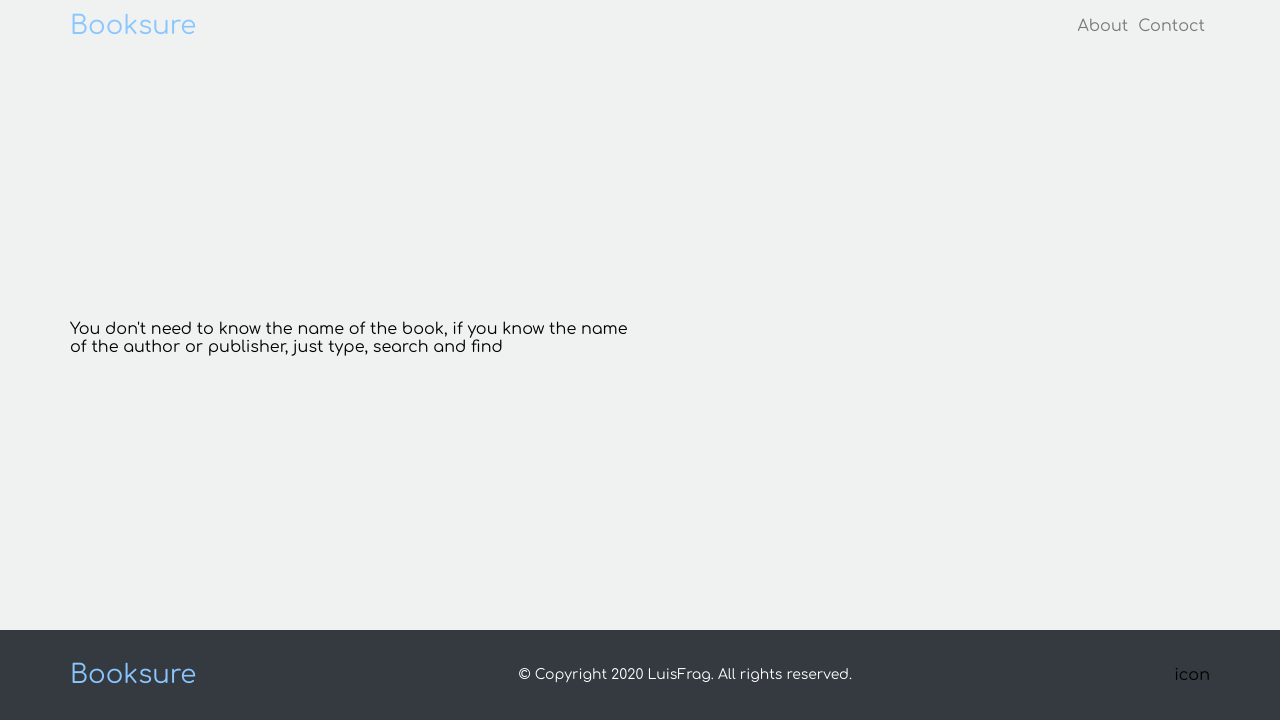
Repository: changesxxx/searchBooks
Page: /search
An editor plug-in stored every save of this project. The page is shown before and after a run of saves, followed by the edit.
The browser window is 1280 px wide. The pictures show the whole page.
The project was rebuilt for these pictures with package versions that can differ from the ones it lists, and the page was loaded fresh each time. Also part of the build but not shown: craco.config.js.

Above is the page before, as saved 2024-06-24 17:43:08.

### public/index.html
<!DOCTYPE html>
<html lang="en">

<head>
  <meta charset="utf-8" />
  <link rel="icon" href="%PUBLIC_URL%/favicon.ico" />
  <meta name="viewport" content="width=device-width, initial-scale=1" />
  <meta name="theme-color" content="#000000" />
  <meta name="description" content="Web site created using create-react-app" />
  <link rel="apple-touch-icon" href="%PUBLIC_URL%/logo192.png" />
  <!--
      manifest.json provides metadata used when your web app is installed on a
      user's mobile device or desktop. See https://developers.google.com/web/fundamentals/web-app-manifest/
    -->
  <link rel="manifest" href="%PUBLIC_URL%/manifest.json" />
  <!--
      Notice the use of %PUBLIC_URL% in the tags above.
      It will be replaced with the URL of the `public` folder during the build.
      Only files inside the `public` folder can be referenced from the HTML.

      Unlike "/favicon.ico" or "favicon.ico", "%PUBLIC_URL%/favicon.ico" will
      work correctly both with client-side routing and a non-root public URL.
      Learn how to configure a non-root public URL by running `npm run build`.
    -->
  <title>SearchBooks</title>
</head>

<body>
  <noscript>You need to enable JavaScript to run this app.</noscript>
  <div id="root"></div>
  <!--
      This HTML file is a template.
      If you open it directly in the browser, you will see an empty page.

      You can add webfonts, meta tags, or analytics to this file.
      The build step will place the bundled scripts into the <body> tag.

      To begin the development, run `npm start` or `yarn start`.
      To create a production bundle, use `npm run build` or `yarn build`.
    -->
</body>

</html>

### src/index.js
import React from 'react'

import ReactDOM from 'react-dom/client'

//router
import { BrowserRouter } from 'react-router-dom'

//css重置
import 'normalize.css'
import '@/assets/css/index.css'

import App from './App.jsx'

const root = ReactDOM.createRoot(document.getElementById('root'))

root.render(
  <BrowserRouter>
    <App />
  </BrowserRouter>,
)

### src/assets/css/index.css
@import './reset.css';
@import './common.css';

### src/App.jsx
import React, { memo, useEffect, useState, Suspense } from 'react'
import { useRoutes, useLocation } from 'react-router-dom'
import routes from '@/router'

import PageHeader from './components/pageHeader/PageHeader'
import PageFooter from './components/pageFooter/PageFooter'

const App = memo(() => {
  const [flag, setFlag] = useState(true)

  const location = useLocation()

  useEffect(() => {
    const isExistence = routes.some((route) => location.pathname === route.path)
    setFlag(isExistence)
  }, [location])

  return (
    <Suspense>
      <div
        style={{ display: 'flex', flexDirection: 'column', height: '100vh' }}
      >
        {flag && <PageHeader></PageHeader>}
        {useRoutes(routes)}
        {flag && <PageFooter></PageFooter>}
      </div>
    </Suspense>
  )
})

export default App

### src/assets/css/reset.css
/* 样式的重置 */
body,
html,
h1,
h2,
h3,
h4,
h5,
h6,
ul,
ol,
li,
dl,
dt,
dd,
header,
menu,
section,
p,
input,
td,
th,
ins {
  padding: 0;
  margin: 0;
}

ul,
ol,
li {
  list-style: none;
}

a {
  text-decoration: none;
  color: #666;
}

a:hover {
  color: #666;
  text-decoration: underline;
}

i,
em {
  font-style: normal;
}

input,
textarea,
button,
select,
a {
  outline: none;
  border: none;
}

table {
  border-collapse: collapse;
  border-spacing: 0;
}

img {
  border: none;
  vertical-align: middle;
}

### src/assets/css/common.css
body {
  background-color: #eff2f1;
  font-family: Comfortaa-Regular;
}

@font-face {
  font-family: Comfoorta-Bold;
  src: url('../font/Comfortaa-Bold.ttf');
}

@font-face {
  font-family: Comfortaa-Regular;
  src: url('../font/Comfortaa-Regular.ttf');
}

@font-face {
  font-family: Comfortaa-Light;
  src: url('../font/Comfortaa-Light.ttf');
}

.content_mid {
  width: 1140px;
  margin: 0 auto;
}

### src/router/index.js
import React from 'react'
import { Navigate } from 'react-router-dom'

//组件
const Home = React.lazy(() => import('@/view/home/Home'))
const Search = React.lazy(() => import('@/view/search/Search'))
const Error = React.lazy(() => import('@/view/error/Error'))

const routes = [
  {
    path: '/',
    element: <Navigate to="/home"></Navigate>,
  },
  {
    path: '/home',
    element: <Home />,
  },
  {
    path: '/search',
    element: <Search />,
  },
  {
    path: '*',
    element: <Error />,
  },
]

export default routes

### src/components/pageHeader/PageHeader.jsx
import React, { memo } from 'react'

import { useNavigate } from 'react-router-dom'

import HeaderWrapper from './style'

const PageHeader = memo(() => {
  const navigate = useNavigate()

  function goHome() {
    navigate('/home')
  }

  return (
    <HeaderWrapper className="content_mid">
      <div
        className="title"
        onClick={() => {
          goHome()
        }}
        style={{ cursor: 'pointer' }}
      >
        Booksure
      </div>
      <div className="other">
        <div className="item">About</div>
        <div className="item">Contoct</div>
      </div>
    </HeaderWrapper>
  )
})

export default PageHeader

### src/components/pageFooter/PageFooter.jsx
import React, { memo } from 'react'

import FooterWrapper from './style'

const PageFooter = memo(() => {
  return (
    <FooterWrapper>
      <div className="content_mid content ">
        <div className="title">Booksure</div>
        <div className="text">
          © Copyright 2020 LuisFrag. All rights reserved.
        </div>
        <div className="icon">icon</div>
      </div>
    </FooterWrapper>
  )
})

export default PageFooter

### src/view/search/Search.jsx
import React, { memo } from 'react'

import SearchWrapper from './style'

const Search = memo(() => {
  return (
    <SearchWrapper>
      <div className="describe content_mid">
        <div>
          You don't need to know the name of the book, if you know the name of
          the author or publisher, just type, search and find
        </div>
        <div></div>
      </div>
    </SearchWrapper>
  )
})

export default Search

### src/components/pageHeader/style.js
import { styled } from 'styled-components'

const HeaderWrapper = styled.div`
  display: flex;
  justify-content: space-between;
  height: 40px;
  margin-top: 6px;
  padding: 0 15px;

  .title {
    display: flex;
    height: 100%;
    align-items: center;

    font-size: 26px;
    color: #89c6ff;
  }

  .other {
    display: flex;
    height: 100%;

    align-items: center;

    .item {
      margin: 0 5px;
      color: rgba(0, 0, 0, 0.5);
    }
  }
`
export default HeaderWrapper

### src/components/pageFooter/style.js
import { styled } from 'styled-components'

const FooterWrapper = styled.div`
  height: 90px;
  background-color: #343a40;

  .content {
    display: flex;
    height: 100%;
    justify-content: space-between;

    align-items: center;

    .title {
      font-size: 26px;
      color: #89c6ff;
    }

    .text {
      font-size: 14px;
      color: #fff;
    }
  }
`

export default FooterWrapper

### src/view/search/style.js
import { styled } from 'styled-components'

const searchWrapper = styled.div`
  flex: 1;
  display: flex;
  align-items: center;

  .describe {
    display: flex;

    div {
      flex: 1;
    }
  }
`

export default searchWrapper

After the next 2 saves:
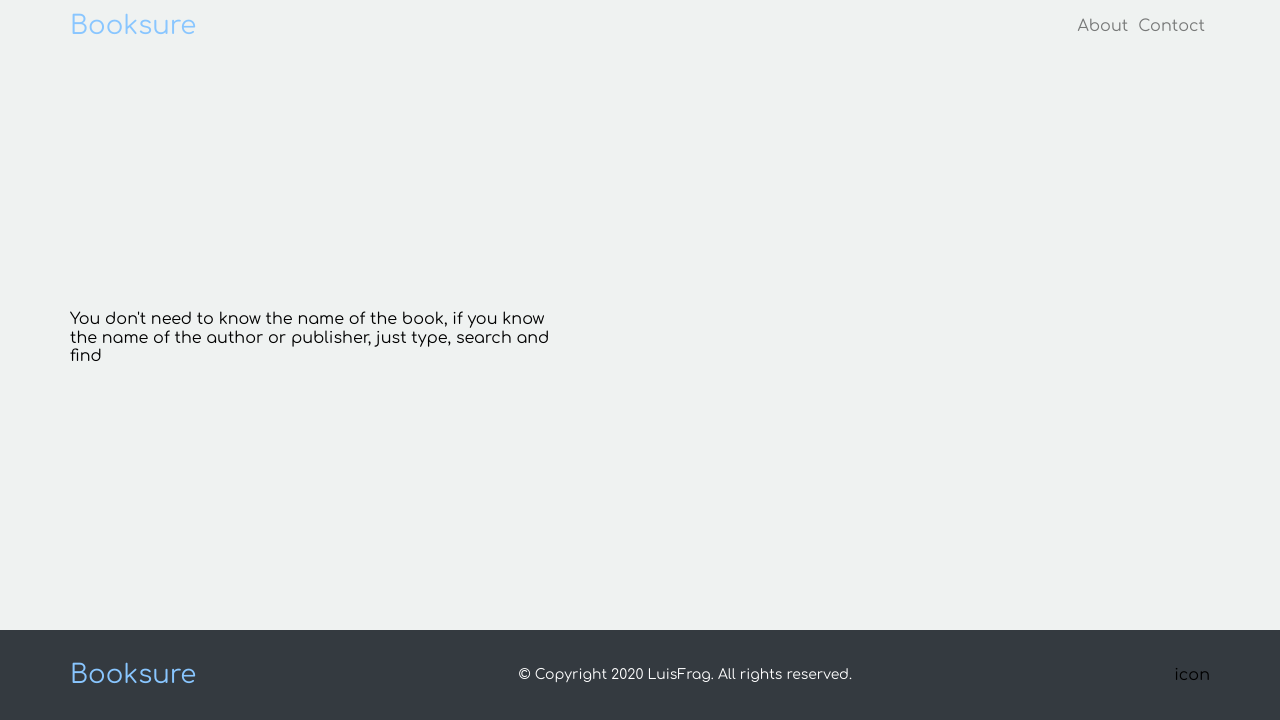
The 2 saves are shown as one change because they came seconds apart.
The last was saved 50 s later.
--- a/src/view/search/Search.jsx
+++ b/src/view/search/Search.jsx
@@ -4,8 +4,8 @@ import SearchWrapper from './style'
 
 const Search = memo(() => {
   return (
-    <SearchWrapper>
-      <div className="describe content_mid">
+    <SearchWrapper className="content_mid">
+      <div className="describe">
         <div>
           You don't need to know the name of the book, if you know the name of
           the author or publisher, just type, search and find
